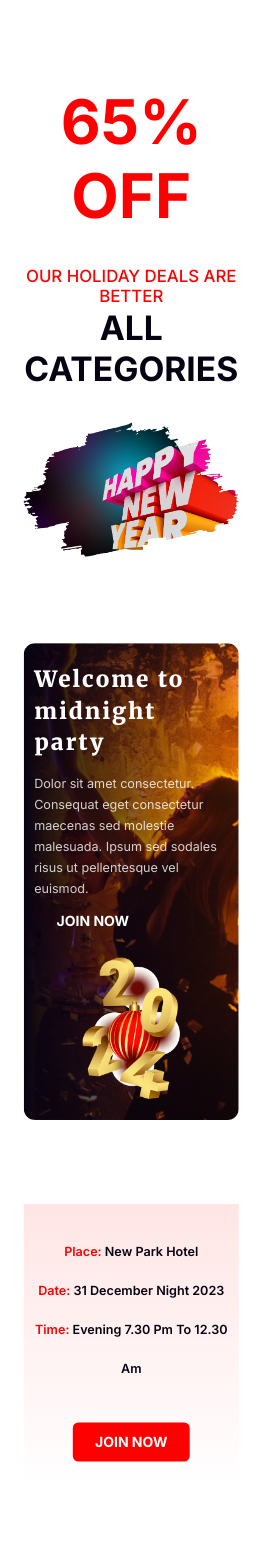
Repository: ShouravAhammed/simple-responsive-new-year
Page: index.html
The author's editor kept a copy of each file at every save. The page is drawn from the files as they stood at one save, then again after the next save.
The browser window is 375 px wide. The page is 378 px wide, so the pictures cover 378 px, including what lies to the right of the window. The pictures show the part of the page from y = 0 to 2240 px (the page is 8948 px tall before and 8768 px after), at 70% of full size.

Above is the page before, as saved 2024-01-11 17:04:35.

### index.html
<!DOCTYPE html>
<html lang="en">
<head>
    <meta charset="UTF-8">
    <meta name="viewport" content="width=device-width, initial-scale=1.0">
    <!-- Title  -->
    <title>New Year 2024</title>
    <!-- favicon icon linked -->
    <link rel="shortcut icon" href="images/New Year Photo.png" type="image/x-icon">
    <!-- style css linked-->
    <link rel="stylesheet" href="Style/style.css">
</head>
<body>
    <!-- header part  -->
    <header class="hide">
        <!-- banner section part -->
        <section id="banner">
            <div class="container">
                <div class="banner-container">
                    <div class="banner-content">
                        <h3 class="celebration">Happy New Year</h3>
                        <h2 class="banner-title">New Year Party Celebration</h2>
                    </div>
                </div>
            </div>
        </section>
    </header>
    <!-- main part -->
    <main>
        <!-- categories section part  -->
            <section id="categories">
                <div class="container">
                    <div class="categories-container">
                        <h2 class="categories-discount">65% OFF</h2>
                        <p class="primary-summery">OUR HOLIDAY DEALS ARE BETTER</p>
                        <h3 class="categories-title">ALL CATEGORIES</h3>
                        <div class="categories-img">
                            <img id="new-year-img" src="images/New Year Photo.png" alt="Happy New Year">
                        </div>
                    </div>
                </div>
            </section>

            <!-- party-banner section part -->
            <section id="party-banner">
                <div class="container">
                    <div class="party-container">
                        <div class="party-content">
                            <h2 class="party-title">Welcome to midnight party</h2>
                            <p class="party-description">Dolor sit amet consectetur. Consequat eget consectetur maecenas sed molestie malesuada. Ipsum sed sodales risus ut pellentesque vel euismod. </p>
                            <button id="join-now-btn">JOIN NOW</button>
                        </div>
                        <img class="party-img" src="images/icon/Group 70.png" alt="party-img">
                    </div>
                </div>
            </section>
            <!-- Announce section part -->
            <section id="announce">
                <div class="container">
                    <div class="announce-content">
                        <h4 class="announce-title"><span class="title-color">Place:</span> New Park Hotel</h4>
                        <h4 class="announce-title"><span class="title-color">Date:</span> 31 December Night 2023</h4>
                        <h4 class="announce-title"><span class="title-color">Time:</span> Evening 7.30 pm to 12.30 am</h4>
                        <button class="announce-btn">Join Now</button>
                    </div>
                </div>
            </section>
            <!-- best offer section part -->
            <section id="best-offer">
                <div class="container">
                    <div class="best-offer-container">
                        <div class="best-offer-content">
                            <p class="primary-summery">NEW BEST OFFER</p>
                            <h3 class="similer-title">Coming Soon</h3>
                            <p class="similer-description">Dolor sit amet consectetur. Consequat eget consectetur maecenas sed molestie malesuada. Ipsum sed sodales risus ut pellentesque vel euismod. </p>
                        </div>
                        <div class="best-offer-img-content">

                                <img class="best-offer-img" src="images/Ellipse 1.png" alt="best-offer-images">

                        </div>
                        <div class="best-offer-year-content">
                            <h3 class="best-offer-year">2024</h3>
                            <p class="best-offer-description">Dolor sit amet consectetur. Consequat eget consectetur maecenas sed.</p>
                            <img class="best-offer-year-img" src="images/icon/Group 96.png" alt="best-offer-year-img">
                        </div>
                    </div>
                </div>
            </section>
            <!-- holiday section part  -->
            <section id="holiday" >
                <div class="container">
                    <div class="holiday-container">
                        <div class="holiday-content">
                            <p class="primary-summery">WHAT IS FUNCTIONAL</p>
                        <h3 class="similer-title"><span class="title-color">Holidays</span> Sale 50%</h3>
                        <p class="similer-description">Dolor sit amet consectetur. Consequat eget consectetur maecenas sed molestie malesuada. Ipsum sed
                            sodales risus ut pellentesque vel euismod. Eleifend nunc purus quam id
                            fermentum amet amet sit consectetur.</p>
                        </div>
                        <div class="holiday-back-img">
                            <div class="holiday-gift-content">
                                <img src="images/icon/Group 75.png" alt="">
                            </div>
                            <div class="holiday-discount-content">
                                <img src="images/icon/Group 44.png" alt="">
                            </div>
                        </div>
                        <div class="holiday-bottom">
                            <img src="images/Rectangle 2.png" alt="">
                        </div>
                    </div>
                </div>
            </section>
            <!-- Portfolio section part -->

            <section id="portfolio">
                <div class="container">
                    <div class="portfolio-container">
                        <div class="portfolio-box">
                            <p class="primary-summery">THE BEST GIFTS</p>
                            <h3 class="similer-title">Our Awesome Portfolio</h3>
                            <p class="similer-description description-padd">Dolor sit amet consectetur. Consequat eget consectetur maecenas sed molestie malesuada. Ipsum sed sodales risus ut pellentesque vel euismod. </p>
                        </div>
                            <div class="portfolio-content">
                                <img class="portfolio-img" src="images/Portfolio images/Rectangle 3.png" alt="">
                                <img class="portfolio-img" src="images/Portfolio images/Rectangle 4.png" alt="">
                                <img class="portfolio-img" src="images/Portfolio images/Rectangle 5.png" alt="">
                            </div>
                            <div class="portfolio-content">
                                <img class="portfolio-img" src="images/Portfolio images/Rectangle 6.png" alt="">
                                <img class="portfolio-img" src="images/Portfolio images/Rectangle 7.png" alt="">
                                <img class="portfolio-img" src="images/Portfolio images/Rectangle 8.png" alt="">
                            </div>
                        </div>
                    </div>
            </section>
            <!-- newsletter section part -->
            <section id="newsletter">
                <div class="container">
                    <div class="news-container">
                        <div class="news-content">
                            <img src="images/icon/Group 61.png" alt="">
                            <h3 class="similer-title">Subscribe Newsletter</h3>
                            <p class="similer-description description-mar">Dolor sit amet consectetur. Consequat eget consectetur maecenas sed molestie malesuada. Ipsum sed sodales risus ut pellentesque vel euismod. </p>
                            <form class="form" action="">
                                <input type="email" placeholder="user@gmail.com" alt="email" id="">
                                <button class="subscribe-btn">Subscribe</button>
                            </form>
                        </div>

                    </div>
                </div>
            </section>
    </main>
    <!--  footer part -->
    <footer>
        <section id="footer">
            <div class="container">
                <div class="footer-describe-part line-color">
                    <div class="footer-address">
                        <p class="address-similer">44, Big Building Roosevelt Street</p>
                        <p class="address-similer">Beach Gardens Florida 33410</p>
                    </div>
                    <div class="footer-address">
                        <div class="call-icon">
                            <img src="images/icon/Call.png" alt="">
                            <a class="address-similer">+00 123 584 124</a>
                        </div>
                        <div class="website-icon">
                            <img src="images/icon/Website.png" alt="">
                            <a class="address-similer">www.website.com</a>
                        </div>
                    </div>
                </div>

                <div class="footer-social line-color">
                    <a href=""><img src="images/icon/Facebook.png" alt=""></a>
                    <a href=""><img src="images/icon/Instagram.png" alt=""></a>
                    <a href=""><img src="images/icon/Twitter.png" alt=""></a>
                    <a href=""><img src="images/icon/Linkedin.png" alt=""></a>
                </div>

                <div class="reserved">
                    <p>2017, All Rights Reserved.</p>
                    <p>Unsubscribe</p>
                </div>
            </div>
        </section>
    </footer>
</body>
</html>

### Style/style.css
/* import google fonts */
@import url('https://fonts.googleapis.com/css2?family=Inter:wght@100;200;300;400;500;600;700;800;900&family=Merriweather:ital,wght@0,300;0,400;0,700;0,900;1,300;1,400;1,700;1,900&display=swap');

*{
    margin: 0;
    padding: 0;
    outline: 0;
}

.container{
    width: 82%;
    margin: 0 auto;
}
/* primary content */
.primary-summery{
    font-family: Inter;
    font-size: 24px;
    font-style: normal;
    font-weight: 500;
    color: #F00;
    line-height: normal;
}
/* title-color */
.title-color{
    color: #F00;
}
/* banner section related css style */
#banner{
    margin-top: 30px;
}
.banner-container{
    background-image: linear-gradient(180deg, #070211 0%, rgba(7, 2, 17, 0.00) 100%), url(../images/Banner\ Image.png);
    background-size: cover;
    background-repeat: no-repeat;
    background-position: center;
    border-radius: 16px;
    padding: 177px 0px;
}
.banner-container .banner-content{
    width: 632px;
    margin: 0 auto;
}
.banner-container .banner-content .celebration{
    color: #FFF;
    text-align: center;
    font-family: Merriweather;
    font-size: 32px;
    font-style: normal;
    font-weight: 400;
    line-height: normal;
    margin-bottom: 16px;
    z-index: 99;
}
.banner-container .banner-content .banner-title{
    color: #FFF;
    text-align: center;
    font-family: Merriweather;
    font-size: 72px;
    font-style: normal;
    font-weight: 900;
    line-height: 95px;
}
/* categories section related css style */

#categories{
    margin: 120px 0px;
}
.categories-container{
    text-align: center;
}
.categories-container .categories-discount{
    font-family: Inter;
    font-size: 88px;
    font-style: normal;
    font-weight: 700;
    color: #F00;
    line-height: normal;
    margin-bottom: 48px;
}

.categories-title{
    font-family: Inter;
    font-size: 48px;
    font-style: normal;
    font-weight: 700;
    color: #070211;
    line-height: normal;
    margin-bottom: 48px;
}
.categories-container .categories-img{
    width: 800px;
    margin: 0 auto;
}
.categories-img #new-year-img{
    max-width: 100%;
}

/* party-banner section css style  */
#party-banner{

}
.party-container{
    background-image: linear-gradient(90deg, #070211 0%, rgba(7, 2, 17, 0.00) 100%), url(../images/Vectorrr.png);
    background-position: center;
    background-repeat: no-repeat;
    background-size: cover;
    display: flex;
    align-items: center;
    justify-content: space-between;
    border-radius: 16px;
    padding: 70px 70px;
}
.party-container .party-content{
    width: 900px;
}
.party-content .party-title{
    font-family: Merriweather;
    font-size: 64px;
    font-style: normal;
    font-weight: 900;
    color: #FFF;
    line-height: 88px;
    letter-spacing: 3px;
}
.party-content .party-description{
    font-family: Inter;
    font-size: 18px;
    font-style: normal;
    font-weight: 400;
    color: rgba(255, 255, 255, 0.80);
    line-height: 30px;
    margin-top: 20px;
}
#join-now-btn{
    font-family: Inter;
    font-size: 20px;
    font-style: normal;
    font-weight: 700;
    color: #FFF;
    background: transparent;
    line-height: normal;
    text-transform: uppercase;
    border: none;
    cursor: pointer;
    margin-top: 48px;
    margin-left: 32px;
}
.party-container .party-img{
    width: 270px;
    max-width: 100%;
}

/* Announce section css style */

#announce{
    margin: 120px 0px;
}
.announce-content{
    background: linear-gradient(180deg, rgba(255, 0, 0, 0.10) 0%, rgba(255, 0, 0, 0.00) 100%);
    padding: 100px 0;
    text-align: center;
}
.announce-content .announce-title{
    color: #070211;
    font-family: Inter;
    font-size: 32px;
    font-style: normal;
    font-weight: 600;
    line-height: 56px;
    text-transform: capitalize;
}
.announce-btn{
    font-family: Inter;
    font-size: 20px;
    font-style: normal;
    font-weight: 700;
    line-height: normal;
    color: #FFF;
    text-align: center;
    text-transform: uppercase;
    border-radius: 8px;
    background: #F00;
    padding: 16px 32px;
    border: none;
    cursor: pointer;
    transition: all ease 0.5s;
    margin-top: 48px;
}
.announce-btn:hover{
    background: #fff;
    color: #f00;
    outline: 1px solid #F00;
}
/* best-offer section style css */
#best-offer{
    margin-bottom: 128px;
}
.similer-title{
    font-family: Inter;
    font-size: 48px;
    font-style: normal;
    font-weight: 700;
    color: #070211;
    line-height: normal;
}
.similer-description{
    font-family: Inter;
    font-size: 20px;
    font-style: normal;
    font-weight: 400;
    color: rgba(7, 2, 17, 0.60);
    line-height: 32px;
    margin-top: 22px;
}
.best-offer-container{
    display: flex;
    align-items: center;
    gap: 20px;
}
.best-offer-content{
    width: 700px;
}
.best-offer-img-content{
    min-height: 350px;
    min-width: 350px;
    border: 15px solid #f00;
    border-radius: 50%;
    position: relative;
    position: relative;
}
.best-offer-img-content .best-offer-img{
    position: absolute;
    width: 270px;
    inset: 41px;
}
.best-offer-year-content .best-offer-year{
    font-family: Inter;
    font-size: 48px;
    font-style: normal;
    font-weight: 700;
    color: #F00;
    line-height: normal;
    margin-top: 65px;
}
.best-offer-year-content .best-offer-description{
    margin-top: 10px !important;

}
.best-offer-year-content{
    width: 500px;
}
.best-offer-year-content .best-offer-year-img{
    max-width: 140px;
    margin-top: 38px;
}


/*  portfolio section css style */
.portfolio-container{

}
.portfolio-container .description-padd{
    margin-bottom: 48px ;
}
.portfolio-container .portfolio-content{
    display: flex;
    align-items: center;
    justify-content: space-between;
    margin-top: 20px;
}
.portfolio-box{
    width: 896px;
}
.portfolio-container .portfolio-content .portfolio-img{
    max-width: 355px;
    transition: all ease 0.5s;
}
.portfolio-content .portfolio-img:hover{
    filter: grayscale(1);
    transform: scale(1.05);
}
/* newsletter section css style  */
#newsletter{
    margin: 128px 0px;
}
.news-container{
    border-radius: 16px;
    background: rgba(255, 0, 0, 0.05);
    padding: 80px 0px;
}
.news-content{
    width: 896px;
    margin: 0 auto;
    text-align: center;
}
.news-content img{
    width: 150px;
    height: 150px;
}
.form{
    width: 648px;
    height: 72px;
    display: flex;
    margin: 0 auto;
}
.form input{
    background: #fff;
    width: 438px;
    flex-grow: 1;
    color: rgba(7, 2, 17, 0.30);
    font-family: Inter;
    font-size: 18px;
    font-style: normal;
    font-weight: 400;
    line-height: normal;
    padding-top: 25px;
    padding-bottom: 25px;
    padding-left: 30px;
    border: none;
    border-radius: 50px 0px 0px 50px;
    outline: 1px transparent;
    transition: all ease 0.5s;
}
.form input:hover{
    outline: 1px solid #f00;
}
.form .subscribe-btn{
    color: #FFF;
    font-family: Inter;
    font-size: 20px;
    font-style: normal;
    font-weight: 600;
    line-height: normal;
    text-transform: capitalize;
    border-radius: 0px 50px 50px 0px;
    background: #F00;
    padding: 24px 56px;
    border: none;
    transition: all ease 0.5s;
}
.form .subscribe-btn:hover{
    outline: 1px solid #f00;
    background: #fff;
    color: #f00;
}
.description-mar{
    margin-bottom: 48px;
}
/* footer section part css style */

#footer{
    background: #070211;
    padding: 120px 0;
}
.line-color{
    border-bottom: 1px solid rgba(255, 255, 255, 0.15);
}
.footer-describe-part{
    display: flex;
    justify-content: space-between;
}
.footer-address{
    margin-bottom: 50px;
}
.footer-address .address-similer {
    color: #FFF;
    font-family: Inter;
    font-size: 24px;
    font-style: normal;
    font-weight: 500;
    line-height: 40px;
    text-decoration: none;
    cursor: pointer;
}
.call-icon, .website-icon{
    display: flex;
    align-items: center;
}
.call-icon img, .website-icon img{
    width: 24px;
    margin-right: 15px;
}

.footer-social{
    text-align: center;
    padding: 48px 0;
}
.footer-social a{
    width: 64px;
    margin-right: 24px;
}
.footer-social a:hover{
    filter: grayscale(1);
}

.reserved{
    display: flex;
    justify-content: space-between;
    align-items: center;
    margin-top: 50px;
}
.reserved p{
    color: #FFF;
    font-family: Inter;
    font-size: 24px;
    font-style: normal;
    font-weight: 500;
    line-height: normal;
}



/* holiday section css style */
#holiday{
    margin-bottom: 128px;
}
.holiday-container{
    text-align: center;
}
.holiday-container .holiday-content{
    width: 920px;
    margin: 0 auto;
}
.holiday-back-img{
    display: flex;
    align-items: center;
    margin-top: 48px;
    background-image: url(../images/Rectangle\ 1.png);
    background-repeat: no-repeat;
    background-size: contain;
    height: 60vh;
    background-position: bottom right;
}
.holiday-back-img .holiday-gift-content {
    width: 600px;
    position: relative;
    bottom: -110px;
    left: 50px;
}
.holiday-back-img .holiday-gift-content img{
    max-width: 100%;
}
.holiday-back-img .holiday-discount-content{
    width: 250px;
}
.holiday-back-img .holiday-discount-content img{
    max-width: 100%;
}
.holiday-bottom img{
    width: 100%;
}


/* responsive */
.hide{
    display: none;
}
@media screen and (max-width: 576px){
    .similer-description {
        padding: 0px 10px;
    }
    .news-content, .portfolio-box, .form, .form input {
        width:  100%;
    }
    .form .subscribe-btn {
        padding: 24px 20px;
    }
    .best-offer-container, .best-offer-container, .portfolio-container .portfolio-content, .footer-describe-part {
        flex-direction: column;
    }
    .footer-social a {
        margin-right: 10px;
    }
    .reserved {
        margin-top: 50px;
        flex-direction: column;
    }
    .portfolio-container .portfolio-content .portfolio-img {
        width: 100%;
    }
    .portfolio-container .portfolio-content {
        gap: 20px;
    }
    .holiday-container .holiday-content {
        width: 100%;
    }
    .holiday-back-img {
        height: 38vh;
    }
    .best-offer-content, .best-offer-year-content {
        width: 100%;
    }
    .announce-content {
        padding: 40px 0;
    }
    .announce-content .announce-title {
        font-size: 18px;
        font-weight: 600;
    }
    .party-container .party-content {
        width: 100%;
    }
    .party-container {
        flex-direction: column;
        padding: 30px 15px;
    }
    .party-container {
        background-position: 85%;
    }
    .party-content .party-title {
        font-size: 32px;
        line-height: 45px;
    }
    #join-now-btn {
        margin-top: 20px;
    }
    .party-container .party-img {
        width: 50%;
        margin-top: 40px;
    }
    .categories-container .categories-img {
        width: 100%;
    }
    .categories-img #new-year-img {
        width: 100%;
    }
}

After the next save:
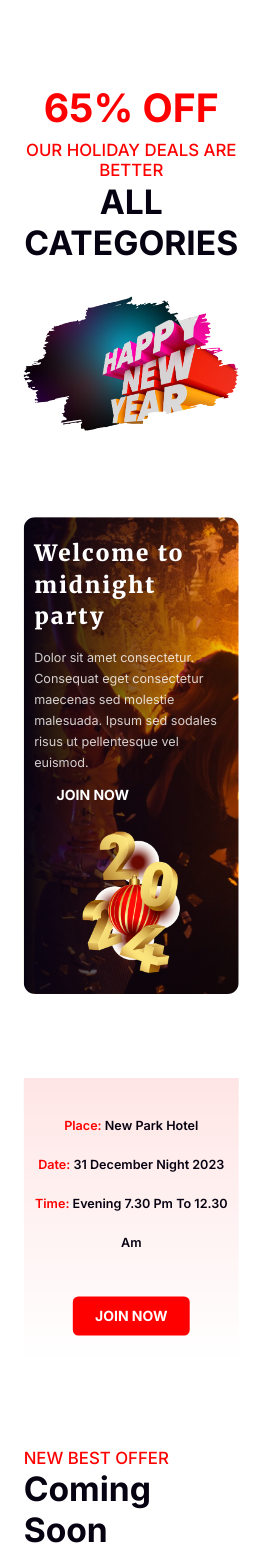
Saved 89 s later.
--- a/Style/style.css
+++ b/Style/style.css
@@ -518,10 +518,16 @@
         width: 50%;
         margin-top: 40px;
     }
+
+    .categories-container .categories-discount {
+        font-size: 56px;
+        margin-bottom: 12px;
+    }
     .categories-container .categories-img {
         width: 100%;
     }
     .categories-img #new-year-img {
         width: 100%;
     }
-}
+
+}
